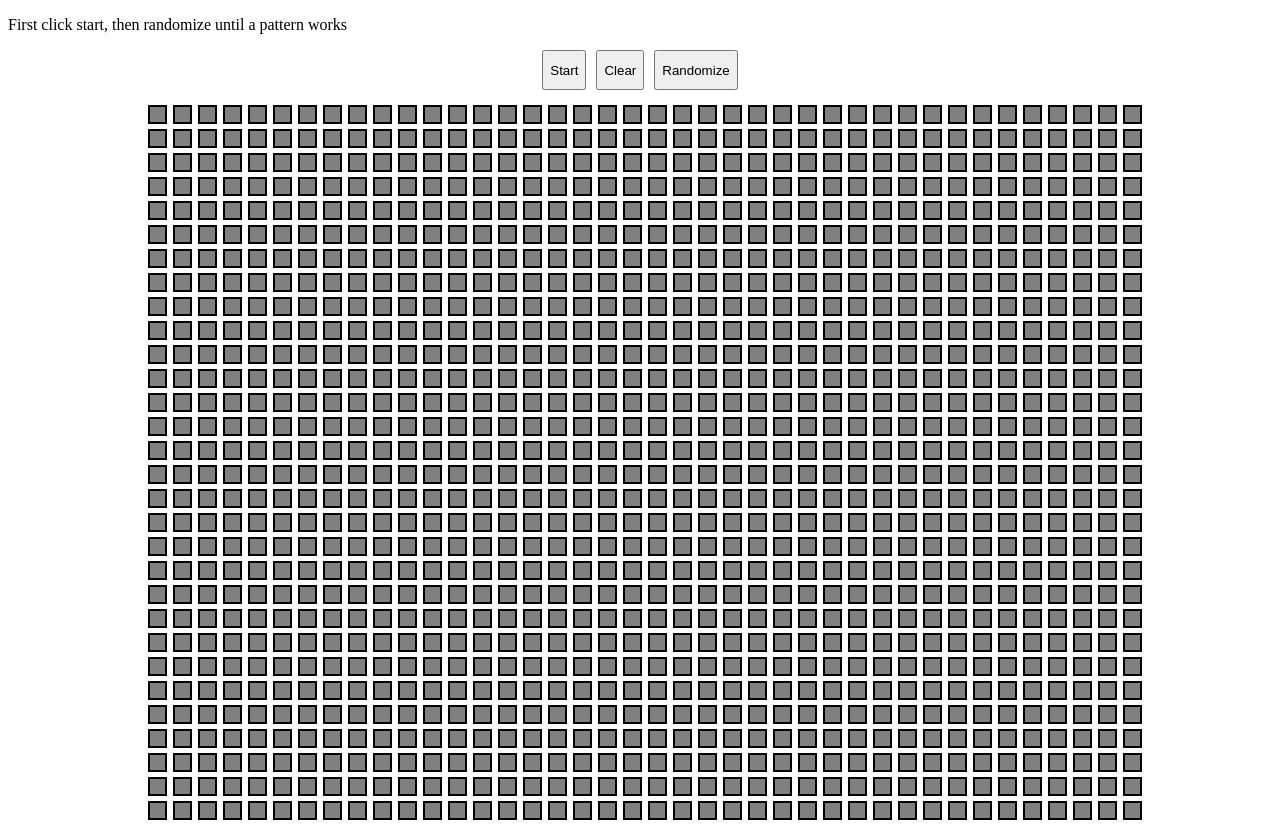
Repository: avanbussum/cellular-automata
Page: /
These files come from the project's save history. The page is drawn as it stood at one moment and after a run of saves; the edit follows.
The browser window is 1280 px wide. The pictures show the whole page.
The project was rebuilt for these pictures with package versions that can differ from the ones it lists, and the page was loaded fresh each time.

Above is the page before, as saved 2023-04-29 01:44:54.

### src/App.js
import React, { useState, useCallback, useRef } from 'react'
import Produce from 'immer';

const numRows = 30;
const numCols = 40;

let rps = false;

// const cell = {alive: 0, type: 0, color: ''};
//const deadcell = {dead: 0, type: 0, color: ''};


const neighborCoordinates = [
  [0, 1],
  [0, -1],
  [1, 1],
  [1, -1],
  [-1, 0],
  [-1, 1],
  [-1, -1],
  [1, 0]
]

const resetGrid = () => {
  const rows = [];
  for (let i = 0; i < numRows; i++) {
    rows.push(Array.from(Array(numCols), () => { const cell = { alive: 0, type: '', color: 'purple' }; return (cell) }
    ))
  }
  console.log(rows.join(rows.type))
  return rows;
}

export const App = () => {
  const [grid, setGrid] = useState(() => {
    return resetGrid()
  });

  const [running, setRunning] = useState(false)

  const runningRef = useRef(running);
  runningRef.current = running

  const runSimulation = useCallback(() => {
    if (!runningRef.current) {
      return;
    }
    setGrid((grid) => {
      return Produce(grid, gridCopy => {
        for (let x = 0; x < numRows; x++) {
          for (let y = 0; y < numCols; y++) {
            let neighbors = 0;
            neighborCoordinates.forEach(([a, b]) => {
              const newX = x + a;
              const newY = y + b;

              if (newX >= 0 && newX < numRows && newY >= 0 && newY < numCols) {
                neighbors += grid[newX][newY].alive
              }
            })

            // "game of life - rules"

            // if (neighbors < 2 || neighbors > 3) {
            //   gridCopy[x][y].alive = 0;
            // } else if (grid[x][y].alive === 0 && neighbors === 3) {
            //   gridCopy[x][y].alive = 1;
            // }

            //"seeds"

            // if (grid[x][y].alive === 1 && neighbors === 2) {
            //   gridCopy[x][y].alive = 1;
            // } else if (grid[x][y].alive === 0 && neighbors === 2) {
            //   gridCopy[x][y].alive = 1;
            // } else {
            //   gridCopy[x][y].alive = 0;
            // }

            // "RPS"
            rps = true
            let r = 0;
            let p = 0;
            let s = 0;
            console.log(s)

            neighborCoordinates.forEach(([a, b]) => {
              const newX = x + a;
              const newY = y + b;

              if (newX >= 0 && newX < numRows && newY >= 0 && newY < numCols) {
                if (grid[newX][newY].type === 'scissors') s++;
                if (grid[newX][newY].type === 'rock') r++;
                if (grid[newX][newY].type === 'paper') p++;
              }
            })

            let cur = grid[x][y];
            if (cur.alive) {
              switch (cur.type) {
                case 'rock':
                  if (p>2) {
                    gridCopy[x][y].type = 'paper';
                    gridCopy[x][y].color = 'green';
                  }
                break;

                case 'paper':

                  if (s>2) {
                    gridCopy[x][y].type = 'scissors';
                    gridCopy[x][y].color = 'red';
                  }
                break;

                case 'scissors':
                  if (r>2) {
                    gridCopy[x][y].type = 'rock';
                    gridCopy[x][y].color = 'blue';
                  }
                break;
              }
            }



          }
        }
      });
    });


    setTimeout(runSimulation, 0.1);
  }, []);




  return (
    <>
    <p>First click start, then randomize until a pattern works</p>
    <div style={{
          display: 'flex',
          justifyContent: 'center',
          marginTop: '15px',
          gap:'10px'
        }}>
          <button
          style={{
          height: '40px',
        }}
        onClick={() => {
          setRunning(!running);
          if (!running) {
            runningRef.current = true;
            runSimulation();
          }
        }}
      >
        {running ? 'Stop' : 'Start'}
      </button>
      <button onClick={() => setGrid(resetGrid())}>Clear</button>
      <button
        onClick={() => {
          const rows = [];

          for (let i = 0; i < numRows; i++) {
            rows.push(
              Array.from(Array(numCols), () => {
                const cell = { alive: 0, type: '', color: 'purple' };
                let prob = 0.4;
                if (rps === true) prob = 1
                if (Math.random() < prob) {
                  cell.alive = 1;
                }
                else {
                  cell.alive = 0;
                }

                if (rps === true) {
                  if (Math.random() < 1 / 3) {
                    cell.type = 'rock';
                    cell.color = 'blue'
                  }
                  else if (Math.random() > 2 / 3) {
                    cell.type = 'paper';
                    cell.color = 'green'

                  }
                  else {
                    cell.type = 'scissors';
                    cell.color = 'red'
                  }
                }

                return cell;
              })
            );
          }
          console.log(rows)
          setGrid(rows);
        }}
      >
        Randomize
      </button>
      </div>

      <div
        style={{
          display: 'grid',
          gridTemplateColumns: `repeat(${numCols}, 10px)`,
          rowGap: '5px',
          columnGap: '15px',
          justifyContent: 'center',
          marginTop: '15px',
        }}
      >
        {grid.map((rows, x) =>
          rows.map((col, y) => (
            <div
              onClick={() => {
                const newGrid = Produce(grid, (gridCopy) => {
                  gridCopy[x][y].alive = grid[x][y].alive ? 0 : 1;
                });
                setGrid(newGrid);
              }}
              key={`${x}-${y}`}
              style={{
                width: 15,
                height: 15,
                backgroundColor: grid[x][y].alive ? grid[x][y].color : 'gray',
                border: 'solid 2px black',
              }}
            />
          ))
        )}
      </div>
    </>
  );
}

export default App;

Loaded but not shown: public/index.html (common file); src/index.js (common file); src/reportWebVitals.js (common file)

After the next 2 saves:
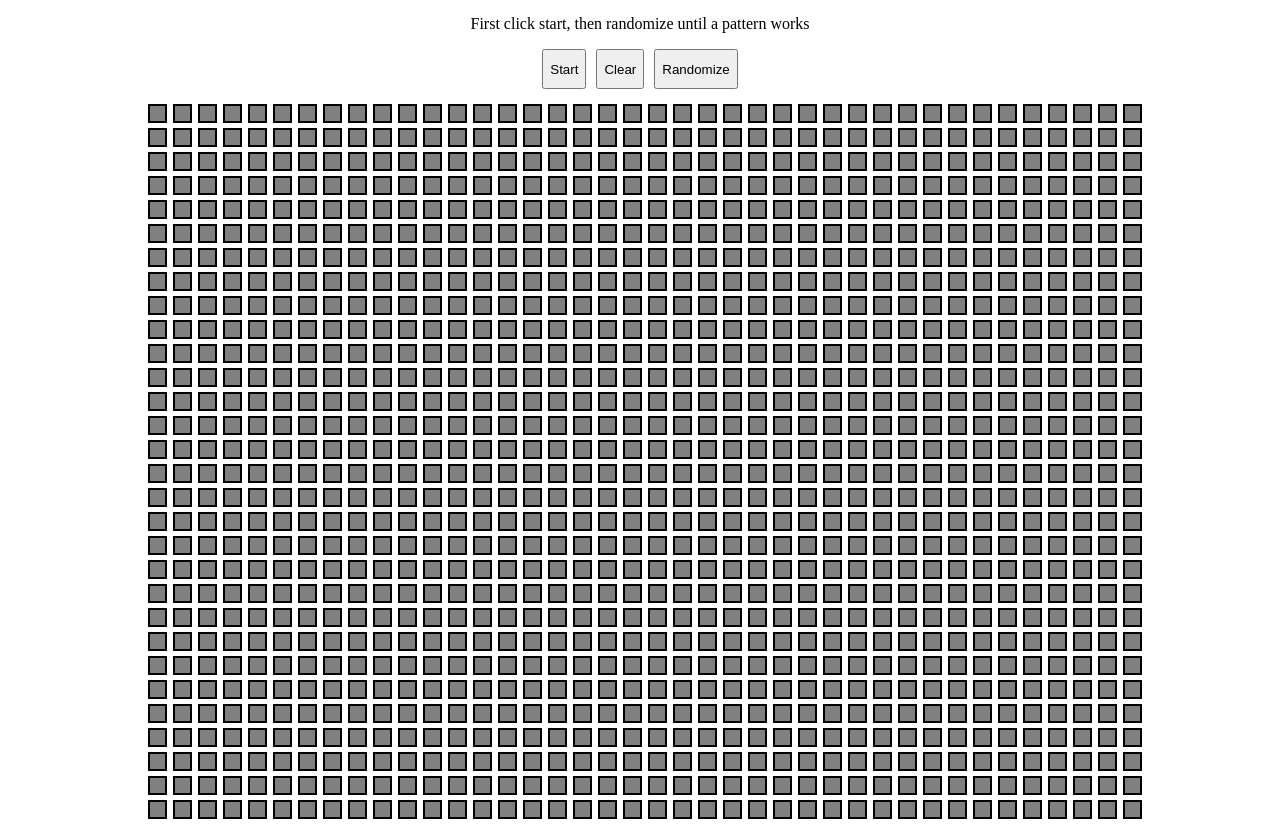
The 2 saves are shown as one change because they came seconds apart.
The last was saved 29 s later.
--- a/src/App.js
+++ b/src/App.js
@@ -138,7 +138,12 @@ export const App = () => {
 
   return (
     <>
-    <p>First click start, then randomize until a pattern works</p>
+    <p style={{
+          display: 'flex',
+          justifyContent: 'center',
+          marginTop: '15px',
+          gap:'10px'
+        }}>First click start, then randomize until a pattern works</p>
     <div style={{
           display: 'flex',
           justifyContent: 'center',
